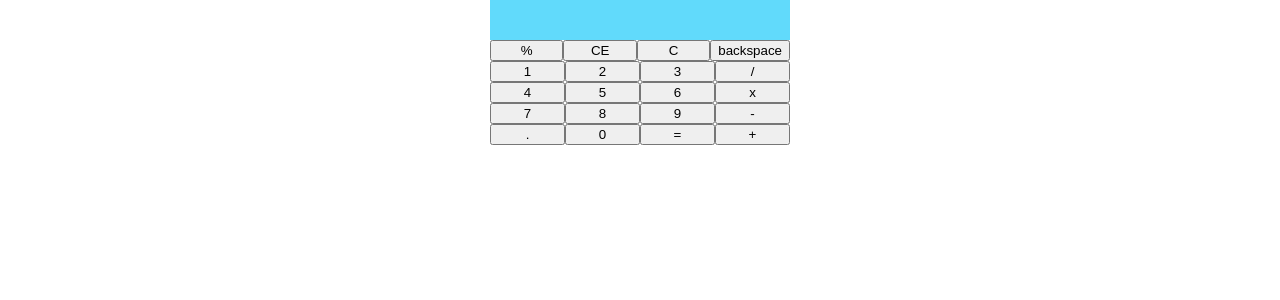
Repository: hoangphuong965/calculator_react
Page: /
The author's editor kept a copy of each file at every save. The page is drawn from the files as they stood at one save, then again after the next save.
The browser window is 1280 px wide. The pictures show the whole page.
The project was rebuilt for these pictures with package versions that can differ from the ones it lists, and the page was loaded fresh each time.

Above is the page before, as saved 2020-08-04 11:15:33.

### src/App.js
import React, { useState } from "react";
import "./App.css";
import Key from "./component/Key";
import Output from "./component/Output";

function App() {
  const [result, setResult] = useState("");

  const buttonPress = (button) => {
    try {
      if (button === "=") {
        calculate();
      } else if (button === "C" || button === "CE") {
        reset();
      } else if (button === "%" || result === "%"){
        percent();
      } else if(button === "clear") {
        clear();
      }
      else {
        setResult(result + button);
      }
    } catch (error) {
      return;
    }
  };

  const calculate = () => {
    // eslint-disable-next-line
    setResult(eval(result));
  };

  const reset = () => {
    setResult("");
  };

  const percent = () => {
    setResult(result/100)
  };

  const clear = () =>{
    setResult(result.slice(0, -1));
  }

  return (
    <div className="App">
      <Output result={result} />
      <Key buttonPress={buttonPress} />
    </div>
  );
}

export default App;

### src/App.css
.App {
  text-align: center;
  width: 300px;
  margin: auto;
}

.App-logo {
  height: 40vmin;
  pointer-events: none;
}

@media (prefers-reduced-motion: no-preference) {
  .App-logo {
    animation: App-logo-spin infinite 20s linear;
  }
}

.App-header {
  background-color: #282c34;
  min-height: 100vh;
  display: flex;
  flex-direction: column;
  align-items: center;
  justify-content: center;
  font-size: calc(10px + 2vmin);
  color: white;
}

.App-link {
  color: #61dafb;
}

@keyframes App-logo-spin {
  from {
    transform: rotate(0deg);
  }
  to {
    transform: rotate(360deg);
  }
}

.key-number,
.key-controls {
  display: grid;
  grid-template-columns: 2fr 2fr 2fr 2fr;
}

.output {
  width: 100%;
  height: 40px;
  background-color: #61dafb;
  position: relative;
}
.input {
  position: absolute;
  top: -13px;
}
.result {
  position: absolute;
  right: 5%;
}

### src/component/Key.js
import React from "react";

const Key = ({ buttonPress }) => {
  const button = (e) => {
    buttonPress(e.target.name);
  };

  return (
    <div>
      <div className="key">
        <div className="key-controls">
          <button name="%" onClick={button}>
            %
          </button>
          <button name="CE" onClick={button}>
            CE
          </button>
          <button name="C" onClick={button}>
            C
          </button>
          <button name="clear" onClick={button}>
            backspace
          </button>
        </div>
        <div className="key-number">
          <button name="1" onClick={button}>
            1
          </button>
          <button name="2" onClick={button}>
            2
          </button>
          <button name="3" onClick={button}>
            3
          </button>
          <button name="/" onClick={button}>
            /
          </button>
          <button name="4" onClick={button}>
            4
          </button>
          <button name="5" onClick={button}>
            5
          </button>
          <button name="6" onClick={button}>
            6
          </button>
          <button name="*" onClick={button}>
            x
          </button>
          <button name="7" onClick={button}>
            7
          </button>
          <button name="8" onClick={button}>
            8
          </button>
          <button name="9" onClick={button}>
            9
          </button>
          <button name="-" onClick={button}>
            -
          </button>
          <button name="." onClick={button}>
            .
          </button>
          <button name="0" onClick={button}>
            0
          </button>
          <button name="=" onClick={button}>
            =
          </button>
          <button name="+" onClick={button}>
            +
          </button>
        </div>
      </div>
    </div>
  );
};

export default Key;

### src/component/Output.js
import React from "react";

function Output({ result, input }) {
  return (
    <div className="output">
      <p className="result">{result}</p>
    </div>
  );
}

export default Output;

Loaded but not shown: public/index.html (common file); src/index.js (common file); src/index.css (common file); src/serviceWorker.js (common file)

After the next save:
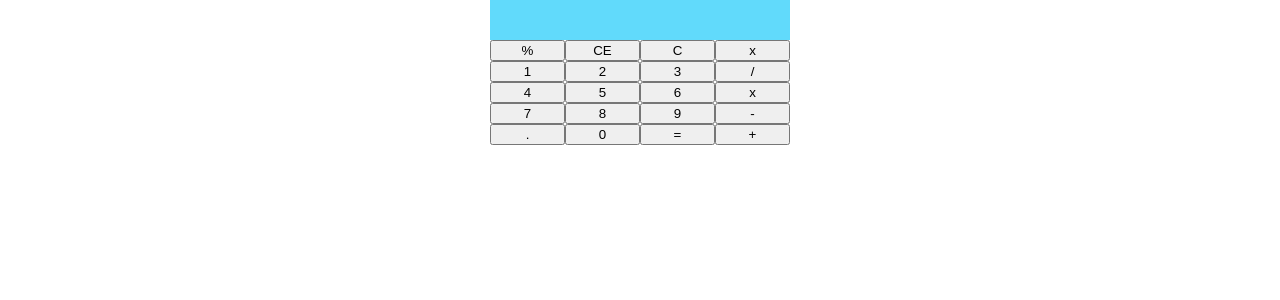
Saved 8 s later.
--- a/src/component/Key.js
+++ b/src/component/Key.js
@@ -19,7 +19,7 @@ const Key = ({ buttonPress }) => {
             C
           </button>
           <button name="clear" onClick={button}>
-            backspace
+            x
           </button>
         </div>
         <div className="key-number">
